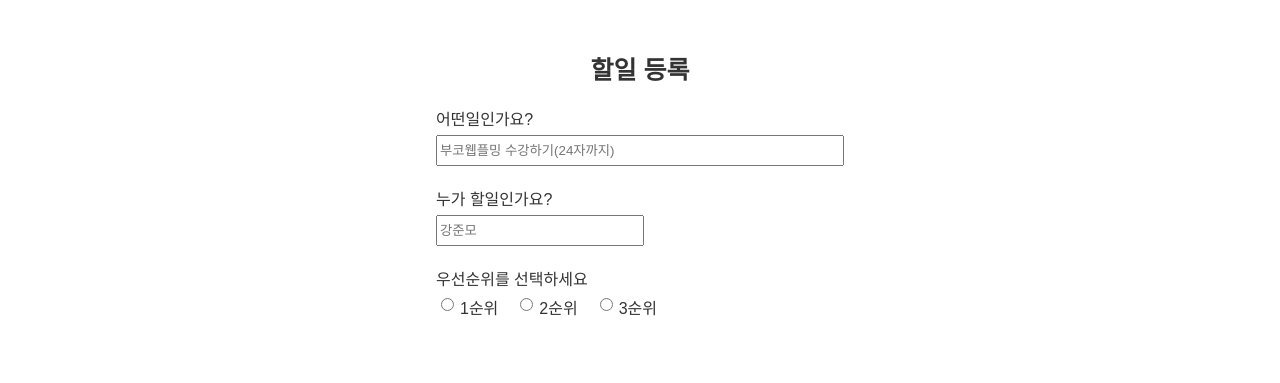
Repository: JmKanmo/BoostCourse_WebProgramming
Page: http://localhost/Todo/todoForm.jsp
The author's editor kept a copy of each file at every save. The page is drawn from the files as they stood at one save, then again after the next save.
The browser window is 1280 px wide. The pictures show the whole page.
The page is served by Tomcat 9.

Above is the page before, as saved 2020-01-21 00:06:16.

After the next save:
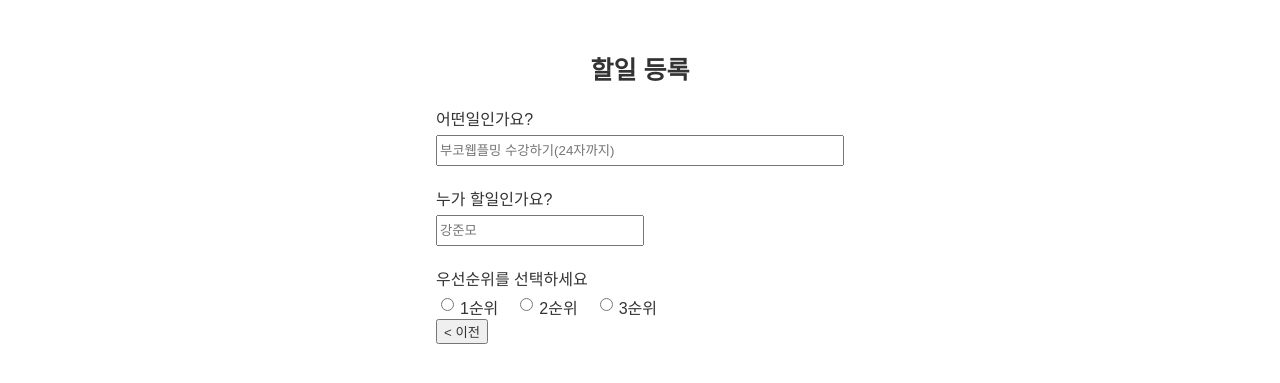
Saved 7 min 38 s later.
--- a/Todo/src/main/webapp/todoForm.jsp
+++ b/Todo/src/main/webapp/todoForm.jsp
@@ -42,7 +42,12 @@
 				</div>
 			</div>
 
+			<div class="button_box">
+				<button class="prev_btn">
+					<p>< 이전</p>
+				</button>
 
+			</div>
 		</form>
 	</div>
 </body>
